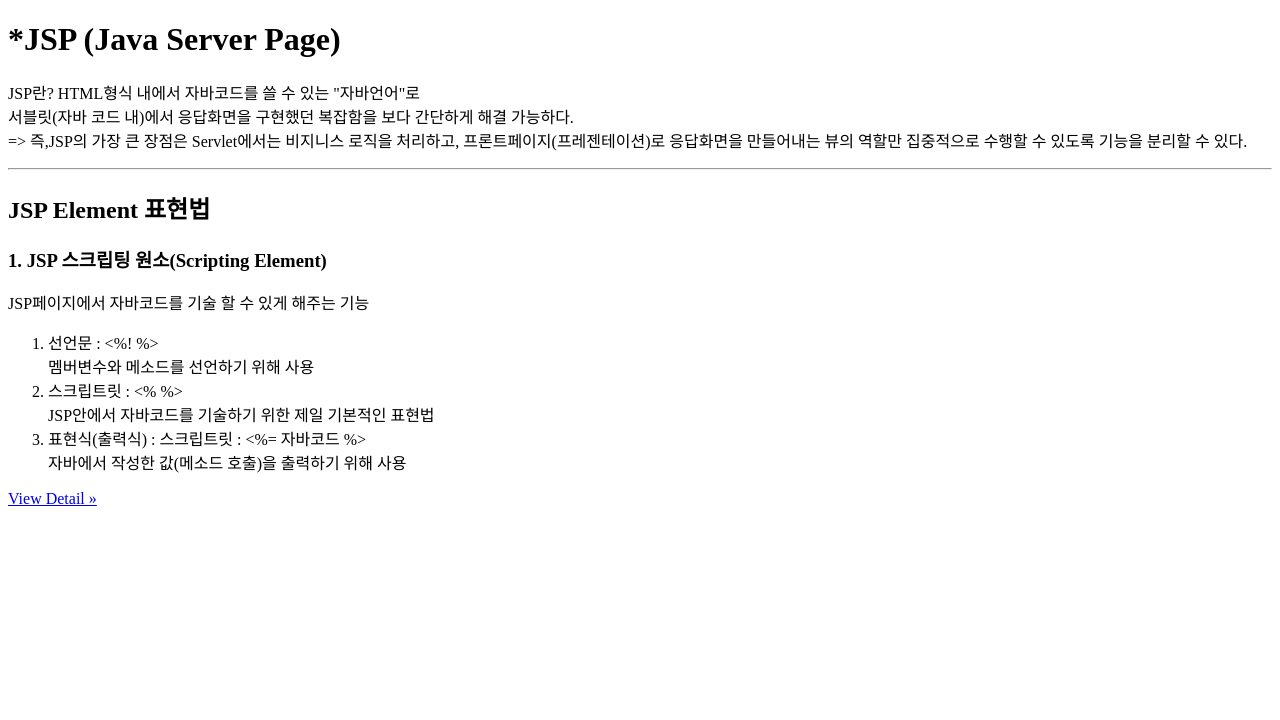
Repository: yejin0220/Web-workspace1
Page: 2_JSP/WebContent/index.html
The author's editor kept a copy of each file at every save. The page is drawn from the files as they stood at one save, then again after the next save.
The browser window is 1280 px wide. The pictures show the whole page.

Above is the page before, as saved 2023-02-08 05:18:34.

After the next save:
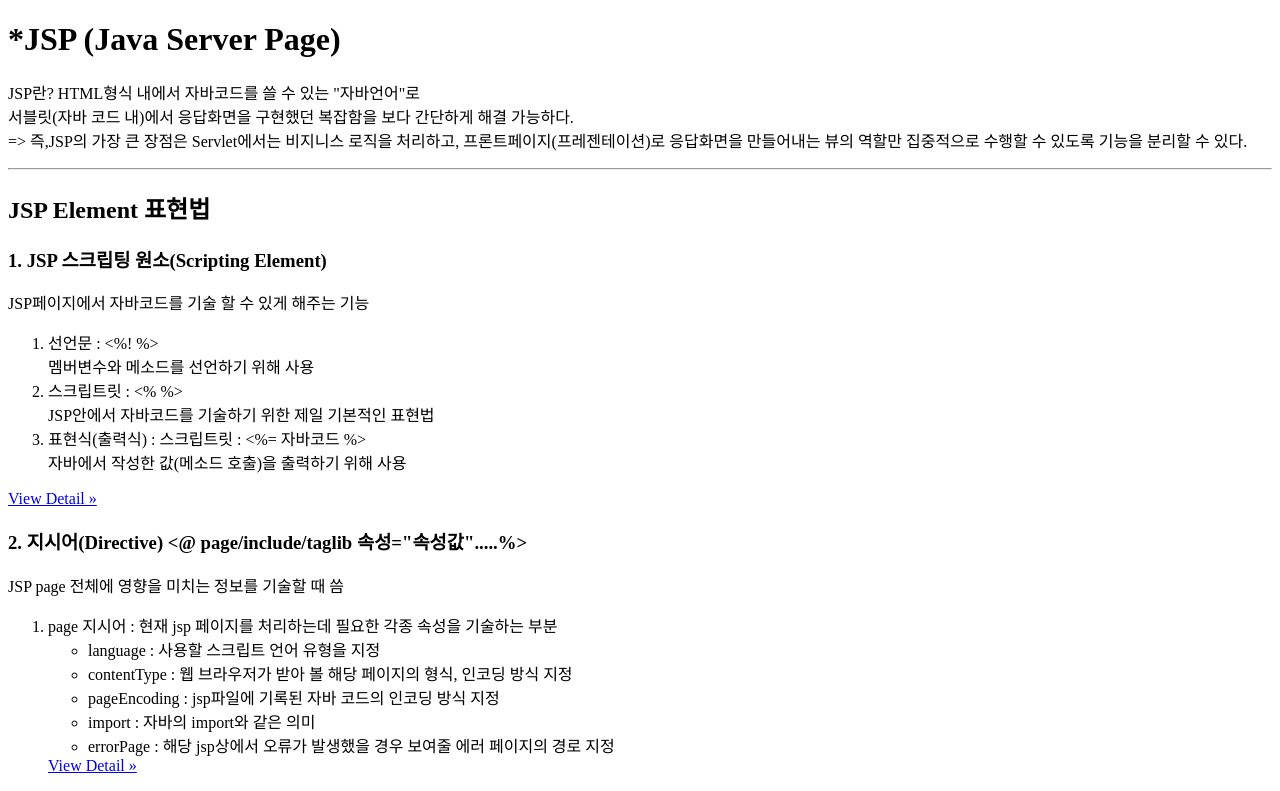
Saved 20 s later.
--- a/2_JSP/WebContent/index.html
+++ b/2_JSP/WebContent/index.html
@@ -41,5 +41,49 @@
 	<a href="views/01_ScriptingElement.jsp">View Detail &raquo; </a>
 
 
+	<h3>2. 지시어(Directive) &lt;@ page/include/taglib 속성="속성값".....%&gt;</h3>
+	<p>
+		JSP page 전체에 영향을 미치는 정보를 기술할 때 씀
+		<ol>
+			<li>
+				page 지시어 : 현재 jsp 페이지를 처리하는데 필요한 각종 속성을 기술하는 부분<br>
+				<ul>
+					<li>language : 사용할 스크립트 언어 유형을 지정 </li>
+					<li>contentType : 웹 브라우저가 받아 볼 해당 페이지의 형식, 인코딩 방식 지정</li>
+					<li>pageEncoding : jsp파일에 기록된 자바 코드의 인코딩 방식 지정</li>
+					<li>import : 자바의 import와 같은 의미 </li>
+					<li>errorPage : 해당 jsp상에서 오류가 발생했을 경우 보여줄 에러 페이지의 경로 지정</li>
+				</ul>
+				<a href="views/02_DirectivePage.jsp">View Detail &raquo;</a>
+			</li>
+
+		</ol>
+
+
+	</p>
+
+
+
+
+
+
+
+
+
+
+
+
+
+
+
+
+
+
+
+
+
+
+
+
 </body>
 </html>
